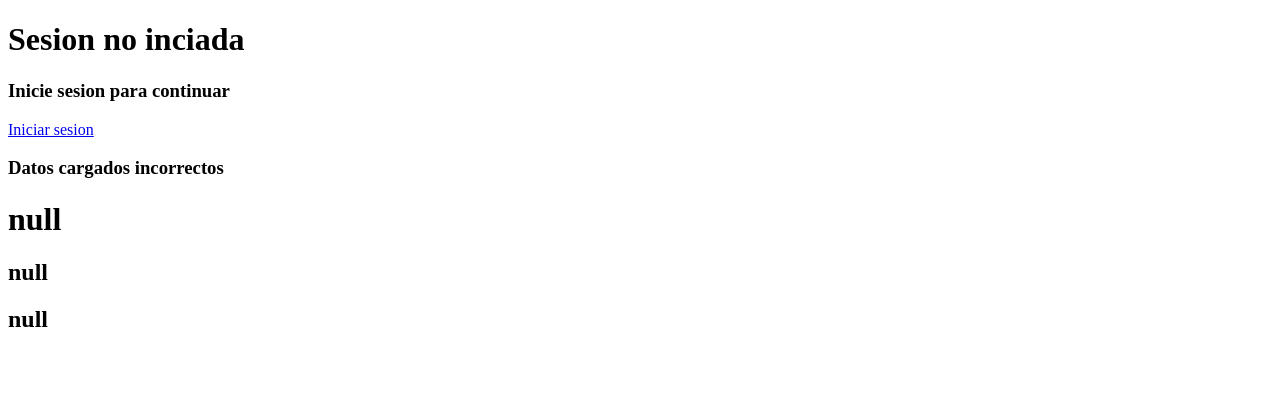
Repository: maxigarrett/2doAnio2doCuatrimestre
Page: http://localhost/primeraWeb1/ManejoSesiones/cargaDatos.jsp
These files come from the project's save history. The page is drawn as it stood at one moment and after the next save; the edit follows.
The browser window is 1280 px wide. The pictures show the whole page.
The page is served by Tomcat 9.

Above is the page before, as saved 2020-11-07 18:18:14.

### tec java eclipse/primeraWeb1/WebContent/ManejoSesiones/cargaDatos.jsp
<%@ page language="java" contentType="text/html; charset=ISO-8859-1"
    pageEncoding="ISO-8859-1"%>
<!DOCTYPE html PUBLIC "-//W3C//DTD HTML 4.01 Transitional//EN" "http://www.w3.org/TR/html4/loose.dtd">
<html>
<head>
<meta http-equiv="Content-Type" content="text/html; charset=ISO-8859-1">
<title>Datos</title>
</head>
<body>

	<%@ include file="sup.jsp" %>

	<%
		String gamer = request.getParameter("gamer");
		String estandar = request.getParameter("estandar");
		String nootebooks = request.getParameter("nootebooks");
		String media = request.getParameter("media");

		//datos de software
		String windows=request.getParameter("windows");
		String linux=request.getParameter("linux");

		if(gamer != null)
		{
			session.setAttribute("pcgamer", gamer);

		} if( estandar != null)
		{
			session.setAttribute("pcestandar", estandar);

		} if (nootebooks != null){
			session.setAttribute("pcnootebooks", nootebooks);

		} if(media != null){
			session.setAttribute("pcmedia", media);

		} if(windows != null){
			session.setAttribute("pcwindows", windows);

		} if(linux != null){
			session.setAttribute("pclinux", linux);

		}
		else{
			out.print("<h3>Datos cargados incorrectos</h3>");

		}

		String pc=(String) session.getAttribute("pcgamer");
		String estandarpc=(String) session.getAttribute("pcestandar");
		String pclinux=(String) session.getAttribute("pclinux");

		out.print("<h1>"+ pc +"</h1>");
		out.print("<h2>"+ estandarpc +"</h2>");
		out.print("<h2>"+ pclinux +"</h2>");

	%>



</body>
</html>

### tec java eclipse/primeraWeb1/WebContent/ManejoSesiones/sup.jsp
<html>


	<%
		String atr = (String) session.getAttribute("NombreUsuario");

		if(atr != null){
			%>
			<div style="background-color: darkgray; padding: 1em;">
				<label>Bienvenido <%= atr %></label>

				<a href="datos.jsp">Cargar sleccion de PC</a>
				<a href="software.jsp">seleccion de software</a>
				<a href="adicionales.jsp">elementos adicionales</a>
				<a href="ticket.jsp">Ver ticket</a>
				<a href="cerrarS.jsp" style="color: red;">Cerrar Sesion</a>

			</div>


			<%
		}
		else{
			%>
			<h1>Sesion no inciada</h1>
			<h3>Inicie sesion para continuar</h3>
			<a href="inicio.jsp">Iniciar sesion</a>

			<%
		}
	%>
</html>

After the next save:
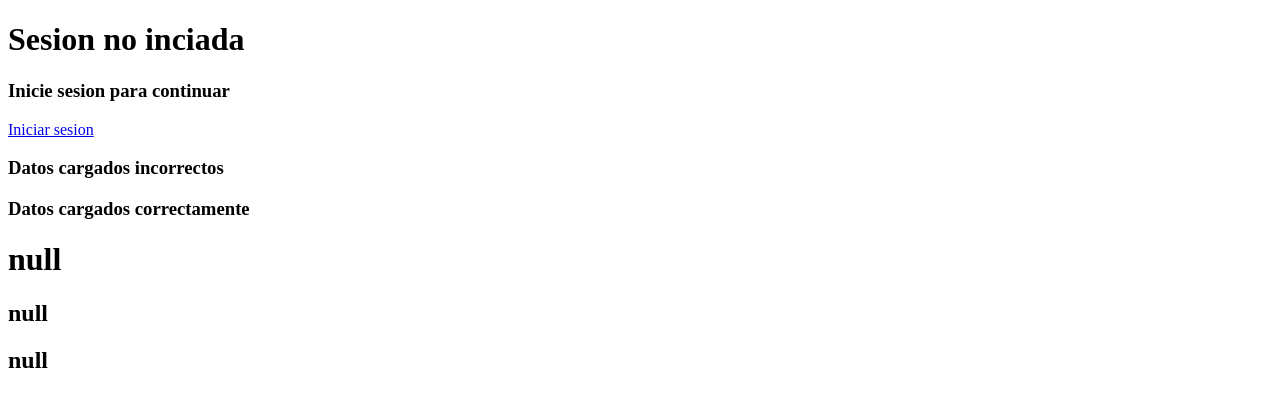
Saved 39 s later.
--- a/tec java eclipse/primeraWeb1/WebContent/ManejoSesiones/cargaDatos.jsp
+++ b/tec java eclipse/primeraWeb1/WebContent/ManejoSesiones/cargaDatos.jsp
@@ -46,6 +46,7 @@
 
 		}
 
+		out.print("<h3>Datos cargados correctamente</h3>");
 		String pc=(String) session.getAttribute("pcgamer");
 		String estandarpc=(String) session.getAttribute("pcestandar");
 		String pclinux=(String) session.getAttribute("pclinux");

After the save that followed:
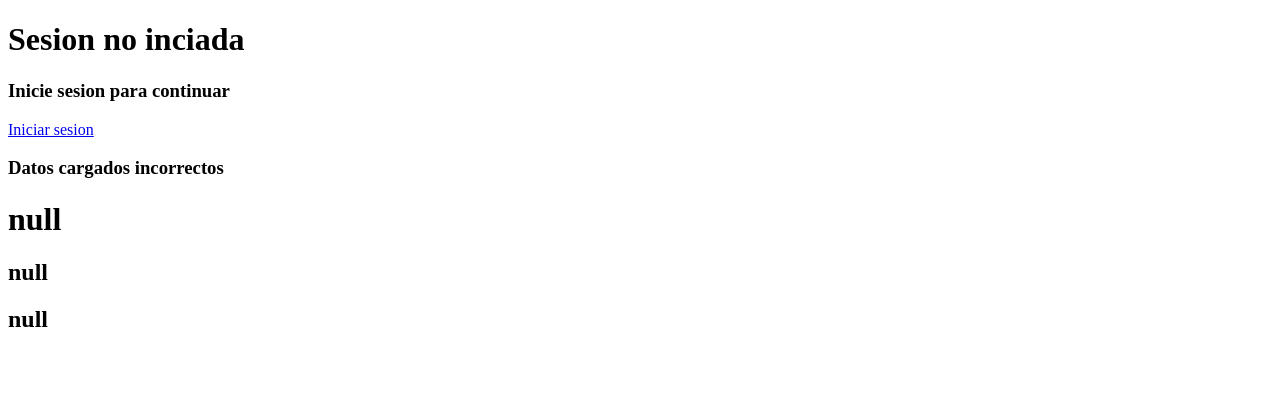
Saved 96 s later.
--- a/tec java eclipse/primeraWeb1/WebContent/ManejoSesiones/cargaDatos.jsp
+++ b/tec java eclipse/primeraWeb1/WebContent/ManejoSesiones/cargaDatos.jsp
@@ -46,7 +46,7 @@
 
 		}
 
-		out.print("<h3>Datos cargados correctamente</h3>");
+
 		String pc=(String) session.getAttribute("pcgamer");
 		String estandarpc=(String) session.getAttribute("pcestandar");
 		String pclinux=(String) session.getAttribute("pclinux");
